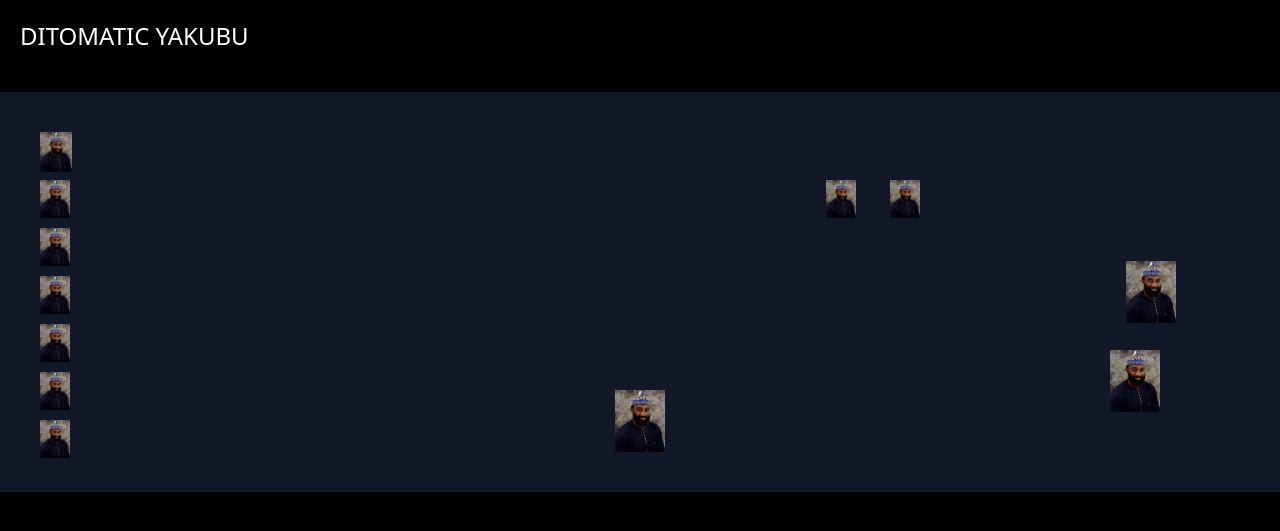
Repository: latenightsnacc/Ditomatic-Demo
Page: home.html
The author's editor kept a copy of each file at every save. The page is drawn from the files as they stood at one save, then again after the next save.
The browser window is 1280 px wide. The pictures show the whole page.
Some web libraries are served in a nearby version.

Above is the page before, as saved 2021-02-24 12:05:40.

### home.html
<!DOCTYPE html>
<html lang="en" class="bg-black">
<head>
    <meta charset="UTF-8">
    <meta name="viewport" content="width=device-width, initial-scale=1.0">
    <!--Tailwind 2.0.2-->
    <link href="https://cdnjs.cloudflare.com/ajax/libs/tailwindcss/2.0.2/tailwind.min.css" rel="stylesheet">
    <!--Font Awesome 5.15.1-->
    <link rel="stylesheet" href="https://cdnjs.cloudflare.com/ajax/libs/font-awesome/5.15.1/css/all.min.css" integrity="sha512-+4zCK9k+qNFUR5X+cKL9EIR+ZOhtIloNl9GIKS57V1MyNsYpYcUrUeQc9vNfzsWfV28IaLL3i96P9sdNyeRssA==" crossorigin="anonymous" />
    <!-- Bootstrap 5.0.0 Beta-->
    <!-- <link href="https://cdn.jsdelivr.net/npm/bootstrap@5.0.0-beta1/dist/css/bootstrap.min.css" rel="stylesheet" integrity="sha384-giJF6kkoqNQ00vy+HMDP7azOuL0xtbfIcaT9wjKHr8RbDVddVHyTfAAsrekwKmP1" crossorigin="anonymous" /> -->
    <!--Page Title-->
    <title>Ditomatic Fotografy</title>
    <style>
        .zoom {

          transition: transform .2s; /* Animation */

        }

        .zoom:hover {
          transform: scale(2.5); /* (250% zoom - Note: if the zoom is too large, it will go outside of the viewport) */

        }
        </style>
</head>
<body>
    <!--Header-->
    <header>
        <nav class="container-sm p-5 shadow-2xl flex flex-row justify-between">
            <a href="home.html" class="text-white uppercase text-2xl">Ditomatic Yakubu</a>
            <ul></ul>
        </nav>
    </header>
    <!--End of Header-->
    <div class="my-5"></div>
    <section class="bg-gray-900 shadow-2xl py-10">
        <div class="px-10">
            <div class="flex justify-center items-center relative h-80">

                <div class="absolute left-0 top-0 z-0 hover:z-50">
                    <img src="images/malePortrait.jpg"  class="w-8 z-0 zoom hover:z-50">
                </div>
                <div class="absolute left-0 top-12 z-0">
                    <img src="images/malePortrait.jpg" width="30px" class="z-0">
                </div>
                <div class="absolute left-0 top-24">
                    <img src="images/malePortrait.jpg" width="30px">
                </div>
                <div class="absolute left-0 top-36">
                    <img src="images/malePortrait.jpg" width="30px">
                </div>
                <div class="absolute left-0 top-48">
                    <img src="images/malePortrait.jpg" width="30px">
                </div>
                <div class="absolute left-0 top-60">
                    <img src="images/malePortrait.jpg" width="30px">
                </div>
                <div class="absolute left-0 top-72">
                    <img src="images/malePortrait.jpg" width="30px">
                </div>
                <div class="absolute right-80 top-12">
                    <img src="images/malePortrait.jpg" width="30px">
                </div>
                <div class="absolute right-96 top-12">
                    <img src="images/malePortrait.jpg" width="30px">
                </div>
                <div class="absolute right-16 top-50">
                    <img src="images/malePortrait.jpg" width="50px">
                </div>
                <div class="absolute right-20 bottom-10">
                    <img src="images/malePortrait.jpg" width="50px">
                </div>
                <div class="absolute center-0 bottom-0">
                    <img src="images/malePortrait.jpg" width="50px">
                </div>

            </div>
        </div>
    </section>
</body>
</html>

After the next save:
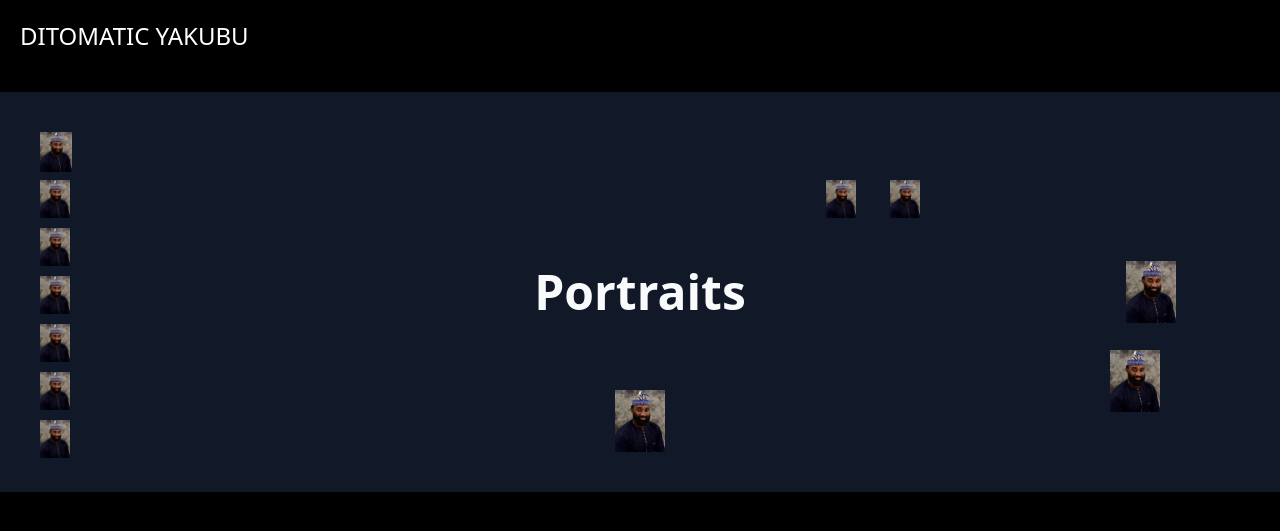
Saved 54 s later.
--- a/home.html
+++ b/home.html
@@ -37,7 +37,7 @@
     <section class="bg-gray-900 shadow-2xl py-10">
         <div class="px-10">
             <div class="flex justify-center items-center relative h-80">
-
+                <h2 class="capitalize font-bold text-gray-50 text-5xl">portraits</h2>
                 <div class="absolute left-0 top-0 z-0 hover:z-50">
                     <img src="images/malePortrait.jpg"  class="w-8 z-0 zoom hover:z-50">
                 </div>
